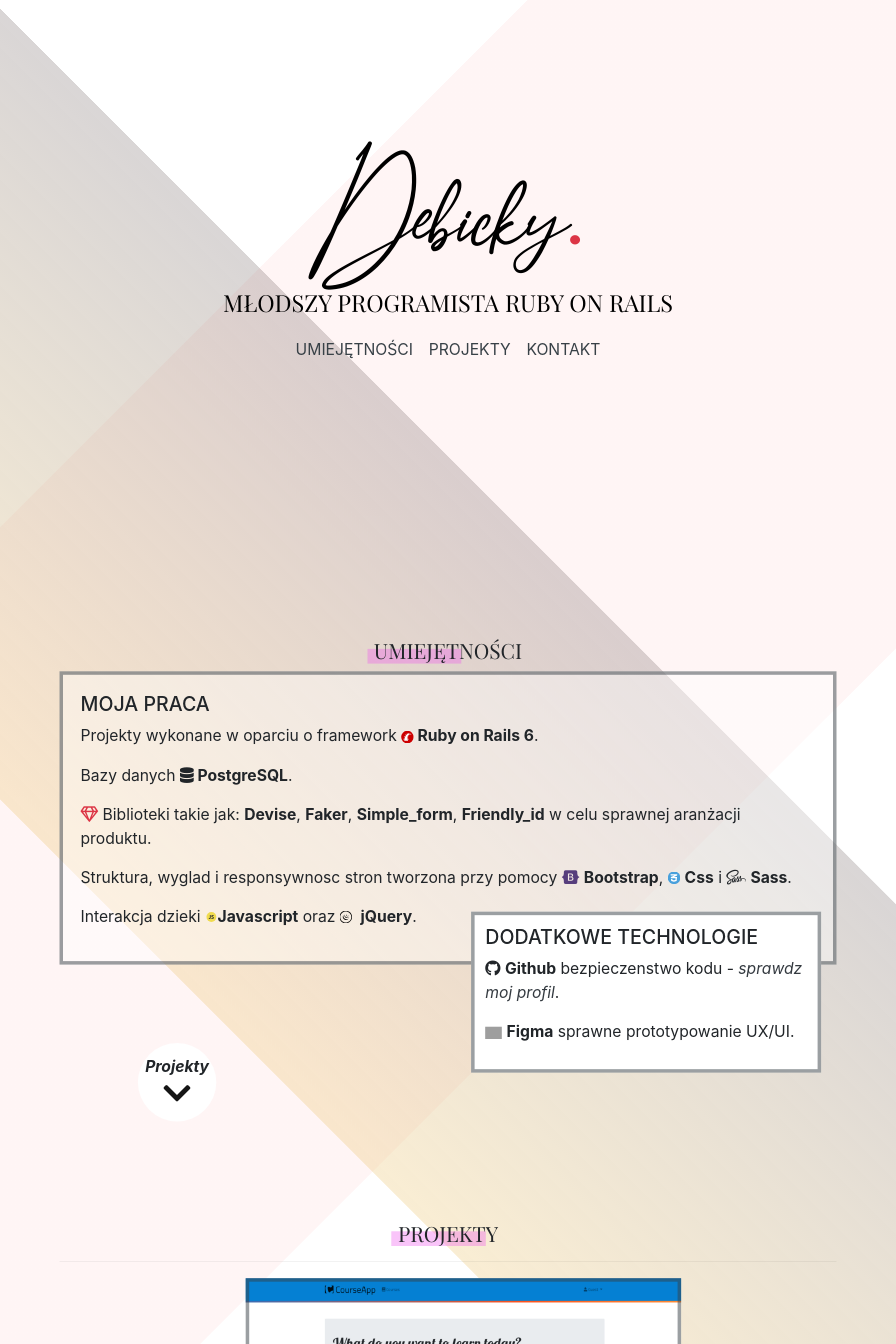
Repository: debicky/debicky.github.io
Page: index.html
An editor plug-in stored every save of this project. The page is shown before and after the next save, followed by the edit.
The browser window is 1280 px wide. The pictures show the part of the page from y = 0 to 1920 px (the page is 4166 px tall before and 3942 px after), at 70% of full size.
Pictures or frames that could not be fetched are drawn as grey boxes. Some web libraries are served in a nearby version.

Above is the page before, as saved 2020-06-15 13:21:47.

### index.html
<!DOCTYPE html>
<html lang="en">
<head>
  <meta charset="UTF-8">
  <meta name="viewport" content="width=device-width, initial-scale=1.0">
  <title>Debicky</title>
  <link rel="stylesheet" href="https://stackpath.bootstrapcdn.com/bootstrap/4.5.0/css/bootstrap.min.css" integrity="sha384-9aIt2nRpC12Uk9gS9baDl411NQApFmC26EwAOH8WgZl5MYYxFfc+NcPb1dKGj7Sk" crossorigin="anonymous">
  <link rel="stylesheet" href="https://cdnjs.cloudflare.com/ajax/libs/font-awesome/5.11.2/css/all.min.css">
  <link rel="stylesheet" href="styles.css">
  <link rel="stylesheet" href="https://unpkg.com/aos@next/dist/aos.css" />

</head>
<body>


  <header>
    <div class="signature" data-aos="fade-in" data-aos-duration="2000">
      <h5 class="signature-heading ">Debicky<span class="text-danger font-weight-bolder">.</span></h5>
      <h3 class="signature-subheading">Młodszy Programista Ruby on Rails</h3>
    </div>

    <div class="container">
      <nav class="navbar navbar-expand-md p-0 rounded" data-aos="fade-in" data-aos-duration="3000">
        <button class="navbar-toggler" type="button" data-toggle="collapse" data-target="#navbarSupportedContent" aria-controls="navbarSupportedContent" aria-expanded="false" aria-label="Toggle navigation">
          <i class="fas fa-bars"></i>
          <i class="fas fa-times"></i>
        </button>

        <div class="collapse navbar-collapse d-md-flex justify-content-center" id="navbarSupportedContent">
          <ul class="navbar-nav">
            <li class="nav-item">
              <a class="nav-link" href="#about">Umiejętności</a>
            </li>
            <li class="nav-item">
              <a class="nav-link" href="#projects">Projekty</a>
            </li>
            <li class="nav-item">
              <a class="nav-link" href="#contact">Kontakt</a>
            </li>
          </ul>
        </div>
      </nav>
    </div>
  </header>

  <section class="about" id="about">
    <div class="container">
      <h1 class="text-center">Umiejętności</h1>

        <div class="about-content">
          <div class="main-about-description">
            <h5 class="text-uppercase">Moja praca</h5>
            <p>Projekty wykonane w oparciu o framework <img src="/images/icons/ror.svg" alt="ror-icon"><b> Ruby on Rails 6</b>.
            <p>Bazy danych <i class="fas fa-database"></i><b> PostgreSQL</b>.</p>
            <p><i class="far fa-gem text-danger"></i> Biblioteki takie jak: <b>Devise</b>, <b>Faker</b>, <b>Simple_form</b>, <b>Friendly_id</b> w celu sprawnej aranżacji produktu. </p>
            <p>Struktura, wyglad i responsywnosc stron tworzona przy pomocy <span><i class="fab fa-bootstrap text-bootstrap"></i> <b>Bootstrap</b></span>, <span><img src="/images/icons/css.svg" alt="css-icon"> <b>Css</b></span> i <span><i class="fab fa-sass"></i> <b>Sass</b></span>.</p>
            <p>Interakcja dzieki <img src="/images/icons/js.svg" alt="js-icon"><b>Javascript</b> oraz <span><img src="/images/icons/jquery.svg" alt="jquery-icon"> <b> jQuery</b></span>.</p>
          </div>
          <div class="minor-about-description">
            <h5 class="text-uppercase">Dodatkowe technologie</h5>
            <p><i class="fab fa-github"></i> <b>Github</b> bezpieczenstwo kodu  - <a href="https://github.com/debicky" target="_blank" class="text-dark font-italic">sprawdz moj profil</a>.</p>
            <p><img src="/images/icons/figma.svg" alt="figma-icon"> <b>Figma</b> sprawne prototypowanie UX/UI.</p>
          </div>
          <div class="project-down d-none d-sm-flex" id="project-down">
            <span class="font-italic"><b>Projekty</b></span>
            <i class="fas fa-chevron-down"></i>
          </div>
        </div>

    </div>
  </section>




  <section class="projects" id="projects">
    <div class="container">
      <h1 class="text-center">Projekty</h1>
      <hr>

        <div class="project-content">
          <div class="project-description">
            <blockquote class="blockquote">
              <p class="mb-0">Course-app</p>
              <span class="blockquote-footer">Platforma e-learningowa.</footer>
            </blockquote>
            <p>Tworz kursy, dodawaj lekcje, sledz postep Twoich uczniow.</p>
            <p>Wybierz interesujacy Cie temat, zakup i ucz sie!</p>
            <div class="btn-group-vertical">
              <a href="https://github.com/debicky/course-application" target="_blank" class="btn btn-outline-dark btn-sm">Dowiedz sie wiecej na Github </a>
              <a href="https://course-application-debart.herokuapp.com/" target="_blank" class="btn btn-outline-primary btn-sm">CourseApp online</a>
            </div>
          </div>
          <div class="project-image">
            <a href="/images/1.jpeg">
              <img src="/images/course.png" alt="img1">
            </a>
          </div>
        </div>

        <div class="project-content">
          <div class="project-description">
            <blockquote class="blockquote">
              <p class="mb-0">Shop-app</p>
              <span class="blockquote-footer">Platforma e-learningowa.</footer>
            </blockquote>
            <p>Tworz kursy, dodawaj lekcje, sledz postep Twoich uczniow.</p>
            <p>Wybierz interesujacy Cie temat, zakup i ucz sie!</p>
            <div class="btn-group-vertical">
              <a href="https://github.com/debicky/course-application" target="_blank" class="btn btn-outline-dark btn-sm">Dowiedz sie wiecej na Github </a>
              <a href="https://course-application-debart.herokuapp.com/" target="_blank" class="btn btn-outline-primary btn-sm">CourseApp online</a>
            </div>
          </div>
          <div class="project-image">
            <a href="/images/1.jpeg">
              <img src="/images/course.png" alt="img1">
            </a>
          </div>
        </div>


    </div>
  </section>

  <section class="contact" id="contact">
    <div class="container">
      <h1 class="text-center">Kontakt</h1>
      <hr>

      <div class="row">
        <div class="col-12 col-md-6 col-lg-6 mb-5 mb-md-0">
          <div class="jumbotron">
            Potrzebujesz wiecej informacji?
            Wyslij mi wiadomosc e-mail lub skontaktuj sie przez Messenger!
          </div>
        </div>
        <div class="col-12 col-md-6 col-lg-6 mb-5 mb-md-0">
          <div class="jumbotron">SECOND</div>
        </div>
      </div>
    </div>
  </section>


  <footer class="py-5">
    <div class="up" id="up">
      <i class="fas fa-chevron-up"></i>
    </div>
    <div class="container">
      <div class="row">
        <div class="col-12 col-md-5 col-lg-4 mb-5 mb-md-0">
          <div class="signature-footer">
            <h5 class="signature-footer-heading">Debicky<span class="text-danger font-weight-bolder">.</span></h5>
            <h3 class="signature-footer-subheading">Programista Ruby on Rails</h3>
          </div>
          <small class="d-block mt-2 text-muted">&copy; 2020</small>
        </div>
        <div class="col-12 col-md-5 col-lg-4 mb-5">
          <h5 class="text-uppercase">Media</h5>
            <ul class="list-unstyled mb-0">
              <li>
                <a href="https://www.facebook.com/artur.debicki.5" class="text-muted"><i class="fab fa-facebook"></i> Facebook</a>
              </li>
              <li>
                <a href="https://www.instagram.com/debicky" class="text-muted"><i class="fab fa-instagram"></i> Instagram</a>
              </li>
              <li>
                <a href="https://github.com/debicky" class="text-muted"><i class="fab fa-github"></i> Github</a>
              </li>
            </ul>
        </div>
        <div class="col-12 col-md-5 col-lg-4">
          <h5 class="text-uppercase">Kontakt</h5>
            <ul class="list-unstyled mb-0">
              <li>
                <a href="mailto:arturd444@gmail.com" class="text-muted"><i class="fas fa-envelope"></i> arturd444@gmail.com</a>
              </li>
              <li>
                <p class="text-muted"><i class="fa fa-phone"></i> +48 692 138 221</p>
              </li>
            </ul>
        </div>
      </div>
    </div>
  </footer>



  <script src="https://code.jquery.com/jquery-3.5.0.min.js" crossorigin="anonymous"></script>
  <script src="https://cdn.jsdelivr.net/npm/popper.js@1.16.0/dist/umd/popper.min.js" integrity="sha384-Q6E9RHvbIyZFJoft+2mJbHaEWldlvI9IOYy5n3zV9zzTtmI3UksdQRVvoxMfooAo" crossorigin="anonymous"></script>
  <script src="https://stackpath.bootstrapcdn.com/bootstrap/4.5.0/js/bootstrap.min.js" integrity="sha384-OgVRvuATP1z7JjHLkuOU7Xw704+h835Lr+6QL9UvYjZE3Ipu6Tp75j7Bh/kR0JKI" crossorigin="anonymous"></script>
  <script src="https://unpkg.com/aos@next/dist/aos.js"></script>
  <script src="script.js"></script>

</body>
</html>

### styles.css
@import url('https://fonts.googleapis.com/css?family=Playfair+Display+SC|Roboto:300,400&display=swap');

@font-face {
  font-family: "AmostelySignature";
  src: url("/fonts/AmostelySignature.ttf");
  }


* {
  margin: 0;
  padding: 0;
  box-sizing: border-box;
}

body {
  background-image: linear-gradient(45deg, transparent 0%, transparent 55%,rgba(238, 202, 125, 0.336) 55%, rgba(83, 67, 67, 0.219) 76%,transparent 76%, transparent 100%),linear-gradient(135deg, transparent 0%, transparent 14%,rgba(255,1,1, 0.04) 14%, rgba(255,1,1, 0.04) 41%,transparent 41%, transparent 100%),linear-gradient(45deg, transparent 0%, transparent 2%,rgba(255,1,1, 0.04) 2%, rgba(255,1,1, 0.04) 18%,transparent 18%, transparent 100%),linear-gradient(135deg, transparent 0%, transparent 61%,rgba(255,1,1, 0.04) 61%, rgba(255,1,1, 0.04) 71%,transparent 71%, transparent 100%),linear-gradient(90deg, rgb(255,255,255),rgb(255,255,255));
}

html {
  font-family: "Roboto", sans-serif;

}

a:hover {
  text-decoration: none;
}

.text-bootstrap{
  color: #563d7c;
}

p span{
  white-space: pre;
}

/* Heading */

header{
  height: 100vh;
  width: 100%;
  display: flex;
  flex-direction: column;
  align-items: center;
  justify-content: center;

}

.signature{
  color: black;
  text-align: center;
  user-select: none;
}

.signature-heading{
  font-family: 'AmostelySignature', cursive;
  font-size: 7rem;
  margin-bottom: 30px;
}

.signature-subheading{
  font-family: 'Playfair Display SC', sans-serif;
  font-size: 1.5rem;
  text-transform: uppercase;
  margin-bottom: 20px;
}

/* Navbar */

.navbar{
  background-color: #384147;
}

.navbar-toggler i{
  color: #fff;
  font-size: 1.2rem;
}

.navbar-toggler .fa-times{
  display: none;
}

.navbar-toggler.menu-open  .fa-bars{
  display: none;
}

.navbar-toggler.menu-open  .fa-times{
  display: block;
}

.navbar-nav{
  padding: 20px;
}

.nav-link{
  color: #fff;
  text-transform: uppercase;
  transition: opacity .5s;
  font-size: 1rem;
}

.nav-link:hover{
  color: maroon;
}

/* about */

.about {
  height: 100vh;
  justify-content: center;
  align-items: center;
}

.about img{
height: 18px;
}

.main-about-description{
  width: 100%;
  background-color: rgba(255, 255, 255, .4);
  padding: 30px;
  outline: 5px solid rgba(56, 65, 71, 0.5);
  outline-offset: -5px;
  order: 1;
  margin-top: 5px;
}

.minor-about-description{
  width: 100%;
  background-color: rgba(255, 255, 255, .4);
  padding: 30px;
  outline: 5px solid rgba(56, 65, 71, 0.5);
  outline-offset: -5px;
  order: 1;
  margin-top: 5px;
}

.project-down{
  flex-direction: column;
  justify-content: center;
  align-items: center;
  width: 5rem;
  height: 5rem;
  background-color: #fff;
  border-radius: 100%;
  margin: 5rem;
  animation: pulse 2.5s infinite;
  cursor: pointer;
  z-index: 1;
}

.project-down i{
  color: #151515;
  font-size: 2rem;
}





/* section headers */

section h1{
  font-family: 'Playfair Display SC', sans-serif;
  font-size: 30px;
  text-transform: uppercase;
  position: relative;
  z-index: 1;
}

section h1::before {
  content: ' ';
  position: absolute;
  width: 6rem;
  background: #ec52ec57;
  height: .7em;
  bottom: 0;
  z-index: -1;
  margin-left: -.3em;
}

/* Projects */

.projects{
  margin: 5rem 0 10rem 0;
}

.project-content{
  padding-bottom: 10rem;
}

.project-description{
  width: 100%;
  background-color: rgba(255, 255, 255, 0.9);
  padding: 40px;
  outline: 5px solid rgba(56, 65, 71, 0.5);
  outline-offset: -5px;
  order: 1;
  margin-top: 5px;
}

.project-image{
  order: 2;
}

.project-image img{
  outline: 5px solid rgba(56, 65, 71, 0.5);
  outline-offset: -5px;
  width: 100%;
  height: auto;
  display: block;
}







/* Contact */

.contact{
  height: 70vh;
}


.jumbotron{
  width: 100%;
  display: flex;
  align-items: center;
  justify-content: center;
}

/* Footer */


footer {
  background-color: #151515;
  color: #fff;
}

.signature-footer{
  user-select: none;
}

.signature-footer-heading{
  font-family: 'AmostelySignature', cursive;
  font-size: 50px;
  margin-bottom: 30px;
  color: #fff;
}

.signature-footer-subheading{
  font-family: 'Playfair Display SC', sans-serif;
  font-size: 12px;
  text-transform: uppercase;
  color: #fff;
}

footer h5{
  font-family: 'Playfair Display SC', sans-serif;

}


a.text-muted:hover{
  color: maroon !important;
}

.up{
  position: absolute;
  width: 5rem;
  height: 5rem;
  background-color: #fff;
  right: 3rem;
  border-radius: 100%;
  display: flex;
  animation: pulse 2.5s infinite;
  cursor: pointer;
  z-index: 1;
}

.up i{
  color: #151515;
  font-size: 2rem;
  margin: auto;
}

@keyframes pulse {
  0%{
    box-shadow: 0 0 0 0 rgba(238, 132, 125, 0.99);
  }
  70%{
    box-shadow: 0 0 0 2rem rgba(238, 202, 125, 0);

  }
  100%{
    box-shadow: 0 0 0 0 rgba(238, 202, 125, 0);

  }
}

/* Responsive */

@media screen and (min-width: 768px) {
  .navbar{
    background-color: transparent;
  }
  .navbar-nav{
    padding: 0;
  }
  .nav-link{
    color: #384147;
  }

  nav:hover .nav-link:not(:hover){
    opacity: .5;
  }

  /* about resposnive */

  .about{
    margin-top: 15%;
  }

  .about-content{
    position: relative;
    display: block;
  }

  .minor-about-description{
    position: absolute;
    transform: translateY(-35%);
    left: 53%;
    width: 45%;
    padding: 20px;
    background-color: #fff;
  }



  /* project responsive */
  .project-content{
    position: relative;
    display: block;
  }

  .project-description{
    position: absolute;
    top: 80%;
    transform: translateY(-50%);
    width: 60%;
    outline-offset: -10px;
  }

  .project-image img{
    width: 70%;
    margin-left: auto;
  }

}

@media screen and (min-width: 1200px) {
  html{
    font-size: 1.4rem;
  }

  .project-description{
    top: 60%;
    width: 40%;
  }

  .project-image{
    width: 80%;
  }

  .contact{
    height: 70vh;
  }

  footer{
    height: 30vh;
  }

}

### script.js
$(document).ready(function () {

  AOS.init();


  $('.navbar-toggler').on('click', function () {
    $(this).toggleClass('menu-open');
  })

  $('.navbar .nav-link').on('click', function () {
    $('.navbar-collapse').toggleClass('show')
    $('.navbar-toggler').removeClass('menu-open')
  });

  $('nav a[href*="#').on('click', function () {
    $('html, body').animate({
      scrollTop: $($(this).attr('href')).offset().top - 100
    }, 900);
  });

  $('#project-down').on('click', function () {
    $('html, body').animate({
      scrollTop: $('#projects').offset().top - 10
    }, 900);
  });

  $('#up').on('click', function () {
    $('html, body').animate({
      scrollTop: 0
    }, 900);
  });






})

After the next save:
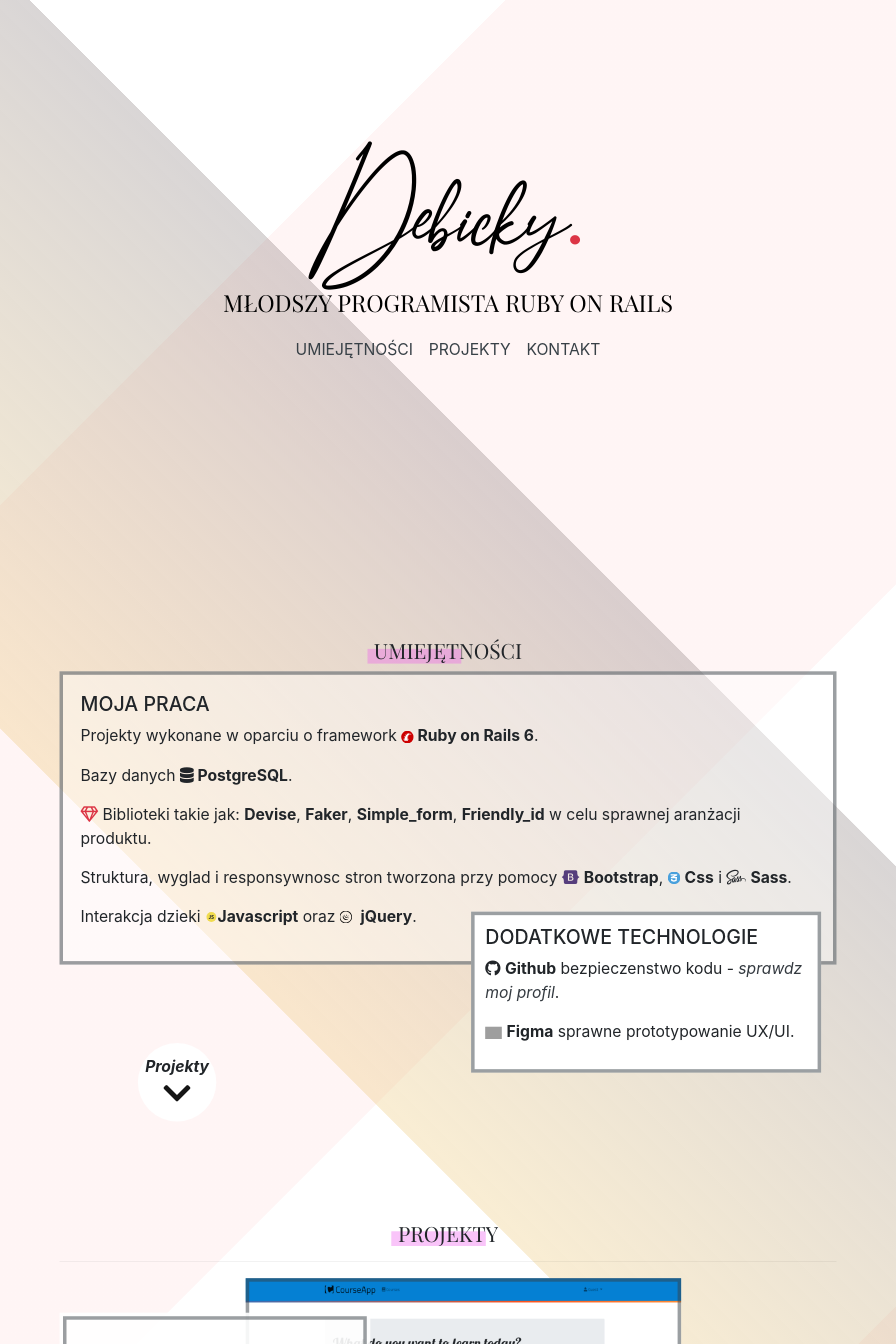
Saved 15 s later.
--- a/styles.css
+++ b/styles.css
@@ -185,7 +185,7 @@ section h1::before {
 }
 
 .project-content{
-  padding-bottom: 10rem;
+  margin-bottom: 10rem;
 }
 
 .project-description{
